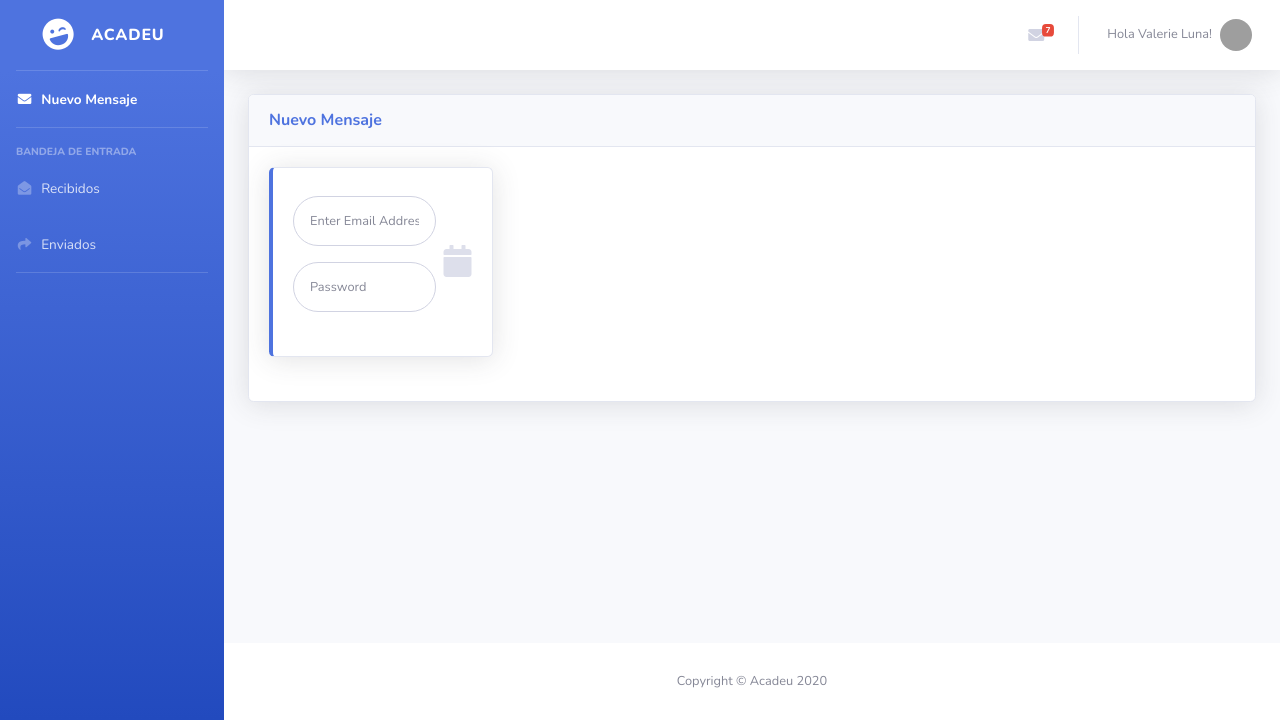
Repository: nicolask92/spring_java_test
Page: http://localhost/nuevo-mensaje
The author's editor kept a copy of each file at every save. The page is drawn from the files as they stood at one save, then again after the next save.
The browser window is 1280 px wide. The pictures show the whole page.
Pictures or frames that could not be fetched are drawn as grey boxes. The page is this project's Thymeleaf template; nobody is signed in. The template is opened directly, without the code that normally fills it, so the values that code supplies are empty.

Above is the page before, as saved 2020-06-13 21:35:34.

After the next save:
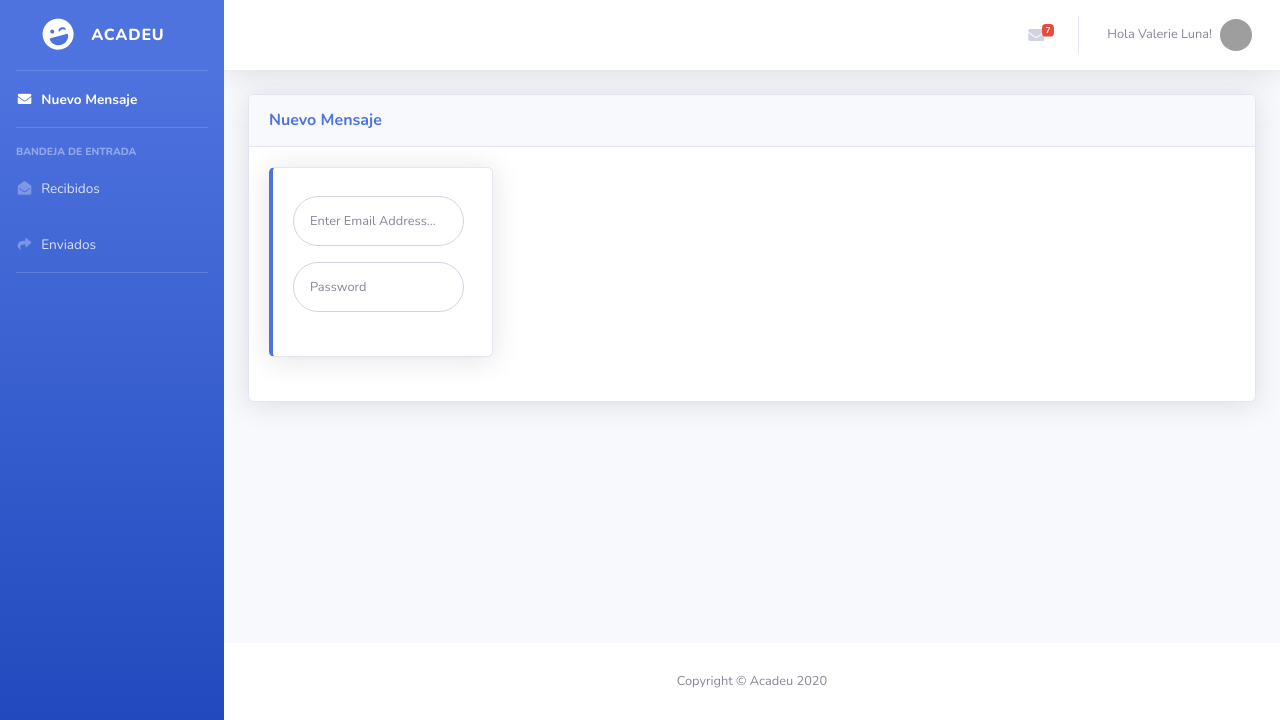
Saved 16 s later.
--- a/spring-tutorial/src/main/resources/templates/nuevo-mensaje.html
+++ b/spring-tutorial/src/main/resources/templates/nuevo-mensaje.html
@@ -221,9 +221,6 @@
 														</div>
 													</form>
 												</div>
-					                    <div class="col-auto">
-					                      <i class="fas fa-calendar fa-2x text-gray-300"></i>
-					                    </div>
 					                  </div>
 					                </div>
 					              </div>
